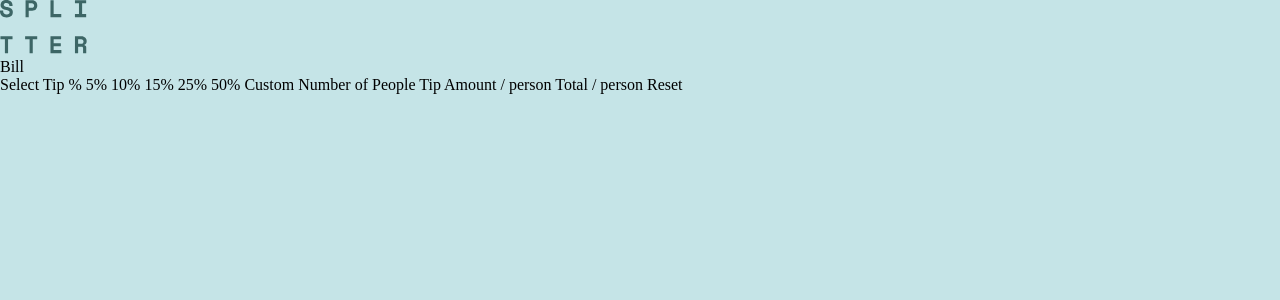
Repository: Arkitecth/tip-calculator
Page: index.html
These files come from the project's save history. The page is drawn as it stood at one moment and after the next save; the edit follows.
The browser window is 1280 px wide. The pictures show the whole page.

Above is the page before, as saved 2023-06-09 16:07:54.

After the next save:
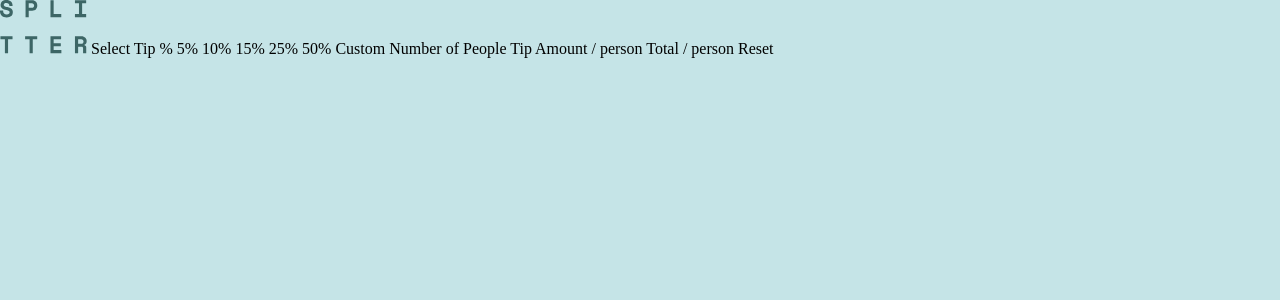
Saved 25 s later.
--- a/index.html
+++ b/index.html
@@ -11,12 +11,6 @@
 </head>
 <body>
   <img src="images/logo.svg" alt="logo">
-
-  <div class="container">
-    Bill
-
-
-  </div>
 
   Select Tip %
   5%
